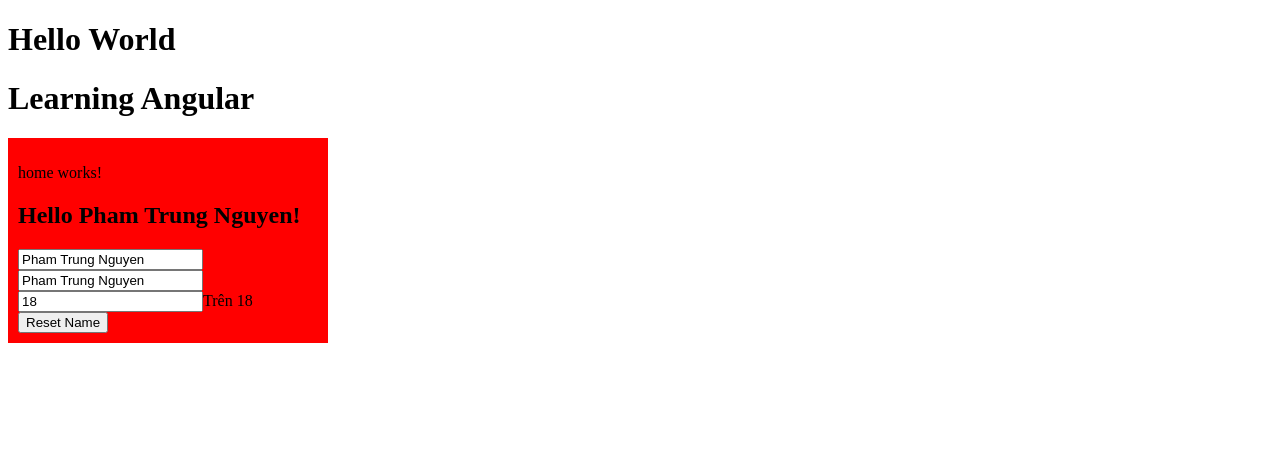
Repository: PhamTrungNguyen/Angular12
Page: / (app in Angular/)
An editor plug-in stored every save of this project. The page is shown before and after the next save, followed by the edit.
The browser window is 1280 px wide. The pictures show the whole page.
The project was rebuilt for these pictures with package versions that can differ from the ones it lists, and the page was loaded fresh each time. Also part of the build but not shown: Angular/angular.json, Angular/src/app/about/about.component.ts.

Above is the page before, as saved 2022-12-31 22:11:31.

After the next save:
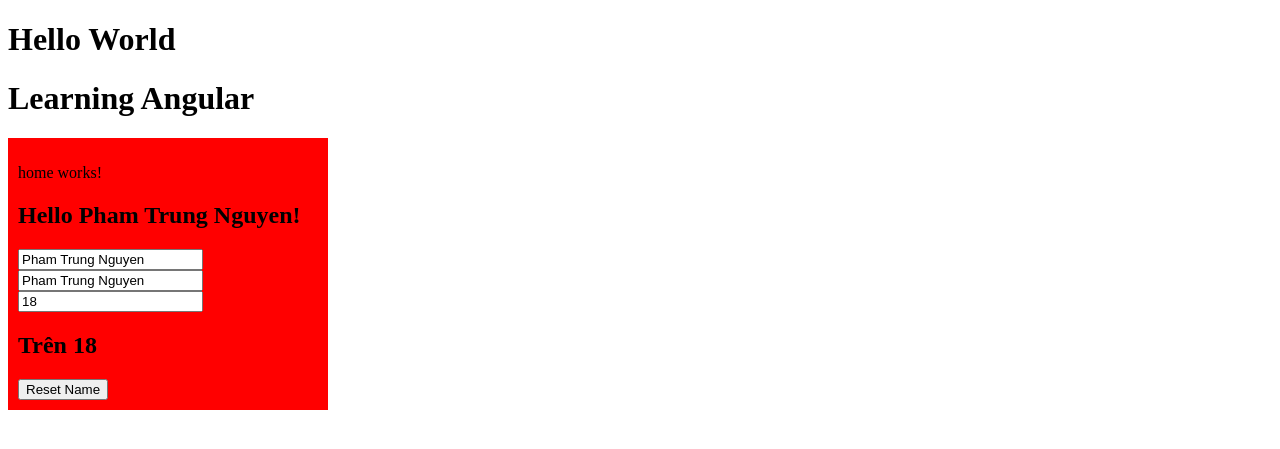
Saved 46 s later.
--- a/Angular/src/app/home/home.component.html
+++ b/Angular/src/app/home/home.component.html
@@ -7,7 +7,11 @@
     <!--  <h2 *ngIf="age<18">Dưới 18</h2>
     <h2 *ngIf="age>=18">Trên 18</h2> -->
     <div *ngIf="age< 18 then young else old"> </div>
-    <ng-template #young>Dưới 18</ng-template>
-    <ng-template #old>Trên 18</ng-template>
-    <button (click)="resetName()">Reset Name</button>
+    <ng-template #young>
+        <h2> Dưới 18</h2>
+    </ng-template>
+    <ng-template #old>
+        <h2> Trên 18</h2>
+    </ng-template>
+    <button (click)="reset.Name()">Reset Name</button>
 </div>
